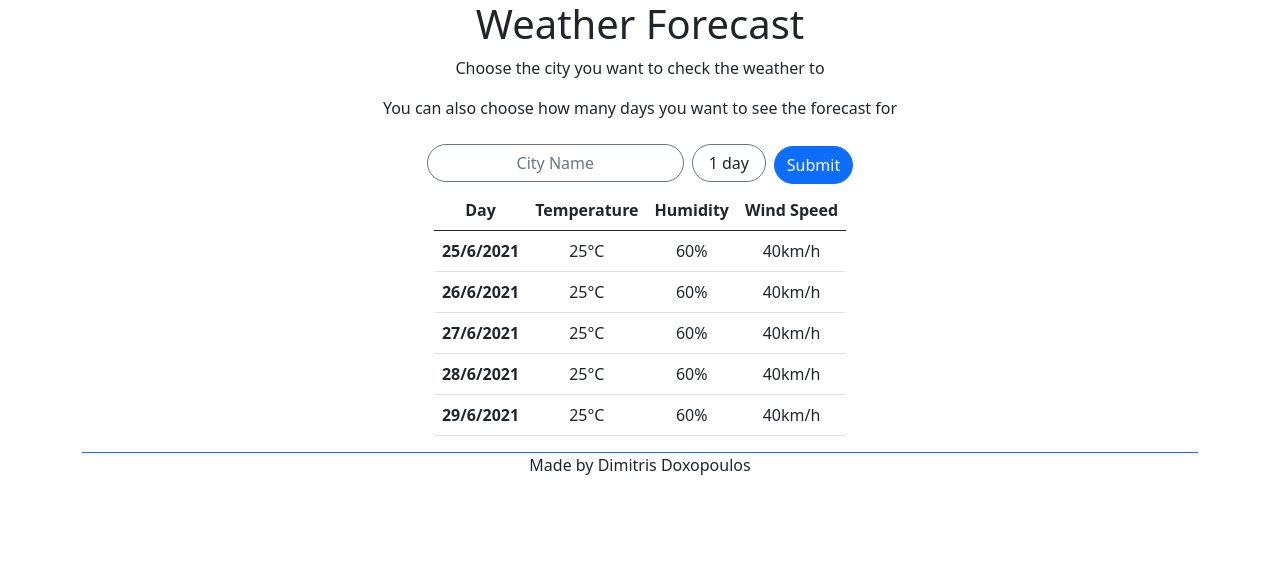
Repository: DimitrisDoxopoulos/my-own-weather-app
Page: /
These files come from the project's save history. The page is drawn as it stood at one moment and after the next save; the edit follows.
The browser window is 1280 px wide. The pictures show the whole page.
The project was rebuilt for these pictures with package versions that can differ from the ones it lists, and the page was loaded fresh each time.

Above is the page before, as saved 2021-06-03 20:11:07.

After the next save:
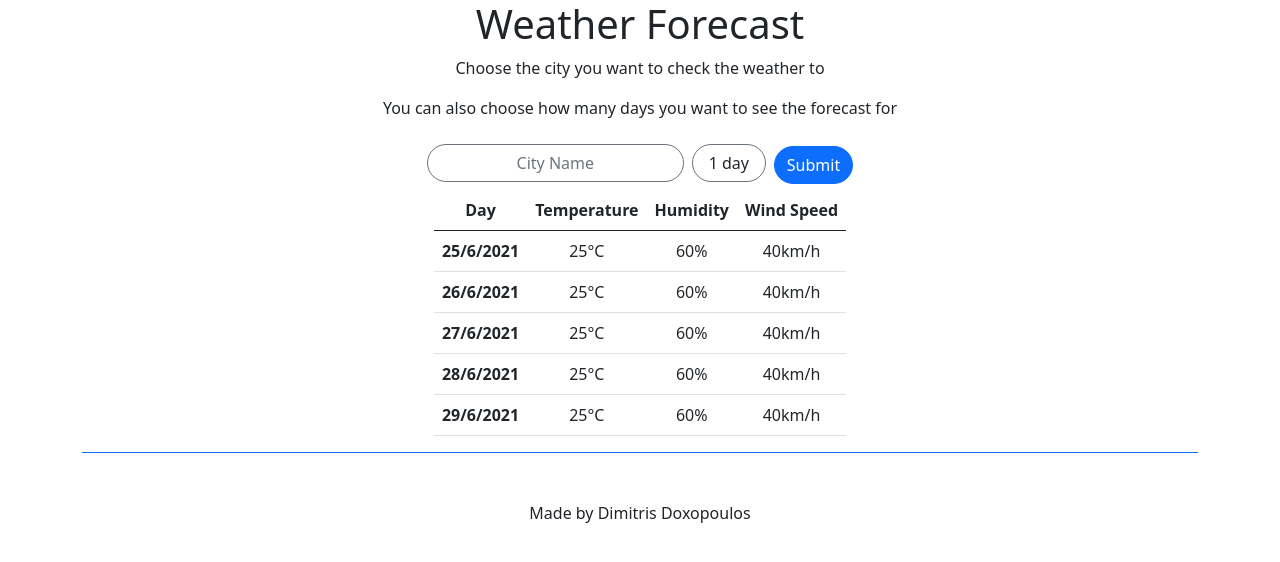
Saved 11 s later.
--- a/src/components/Footer.js
+++ b/src/components/Footer.js
@@ -2,7 +2,7 @@
 
 const Footer = () => {
     return (
-        <div className="container border-top border-primary">
+        <div className="container border-top border-primary pt-5">
             <div className="footer">
                 <p className="">Made by Dimitris Doxopoulos</p>
             </div>

After the save that followed:
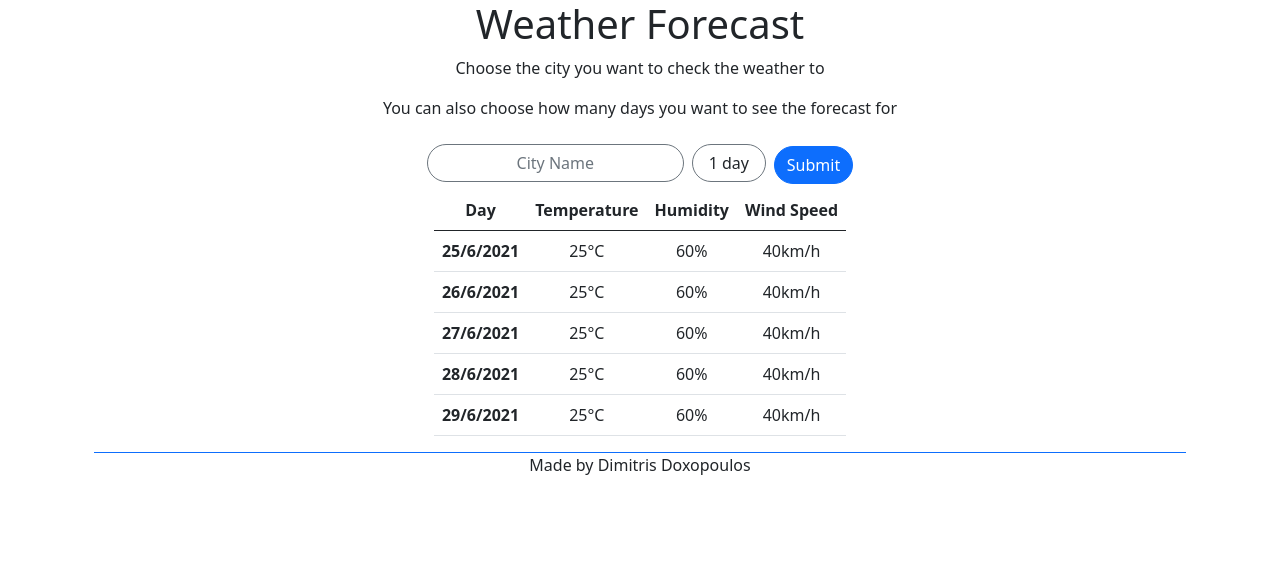
Saved 13 s later.
--- a/src/components/Footer.js
+++ b/src/components/Footer.js
@@ -2,8 +2,8 @@
 
 const Footer = () => {
     return (
-        <div className="container border-top border-primary pt-5">
-            <div className="footer">
+        <div className="container ">
+            <div className="footer border-top border-primary">
                 <p className="">Made by Dimitris Doxopoulos</p>
             </div>
         </div>
